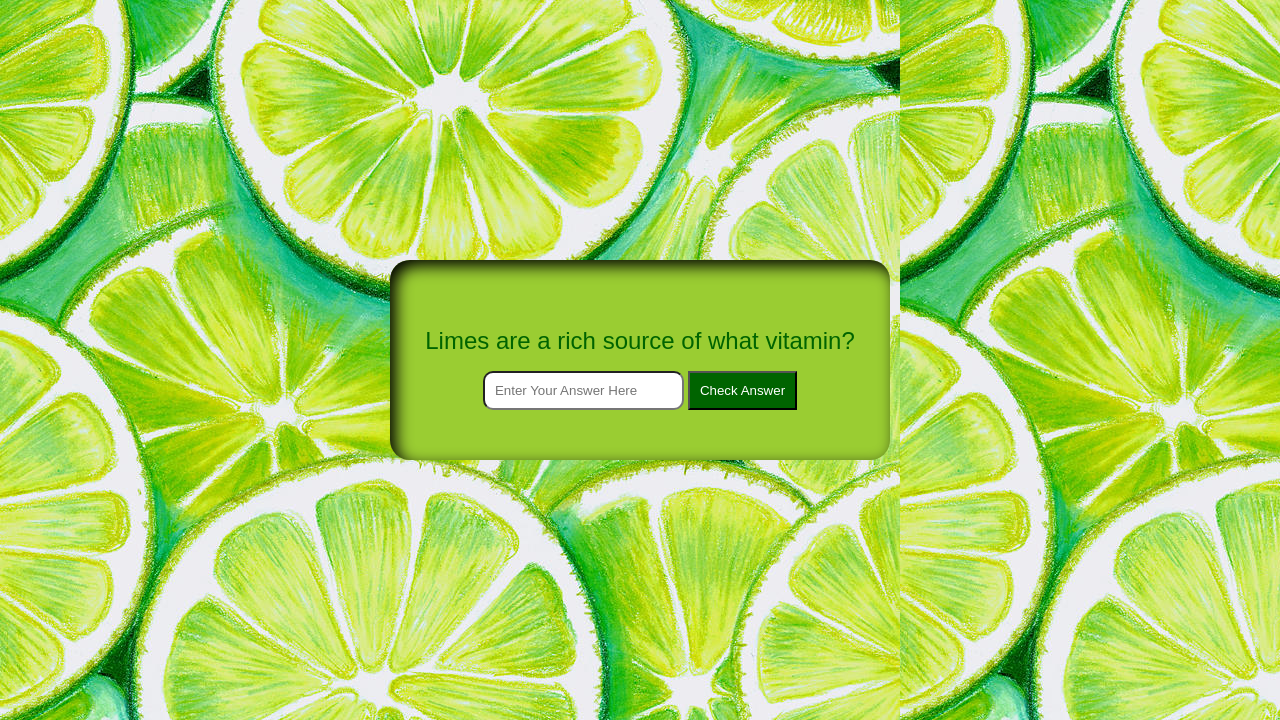
Repository: Joseph061200/Dynamic_Lab2
Page: joseph.html
These files come from the project's save history. The page is drawn as it stood at one moment and after the next save; the edit follows.
The browser window is 1280 px wide. The pictures show the whole page.

Above is the page before, as saved 2020-02-20 15:57:16.

After the next save:
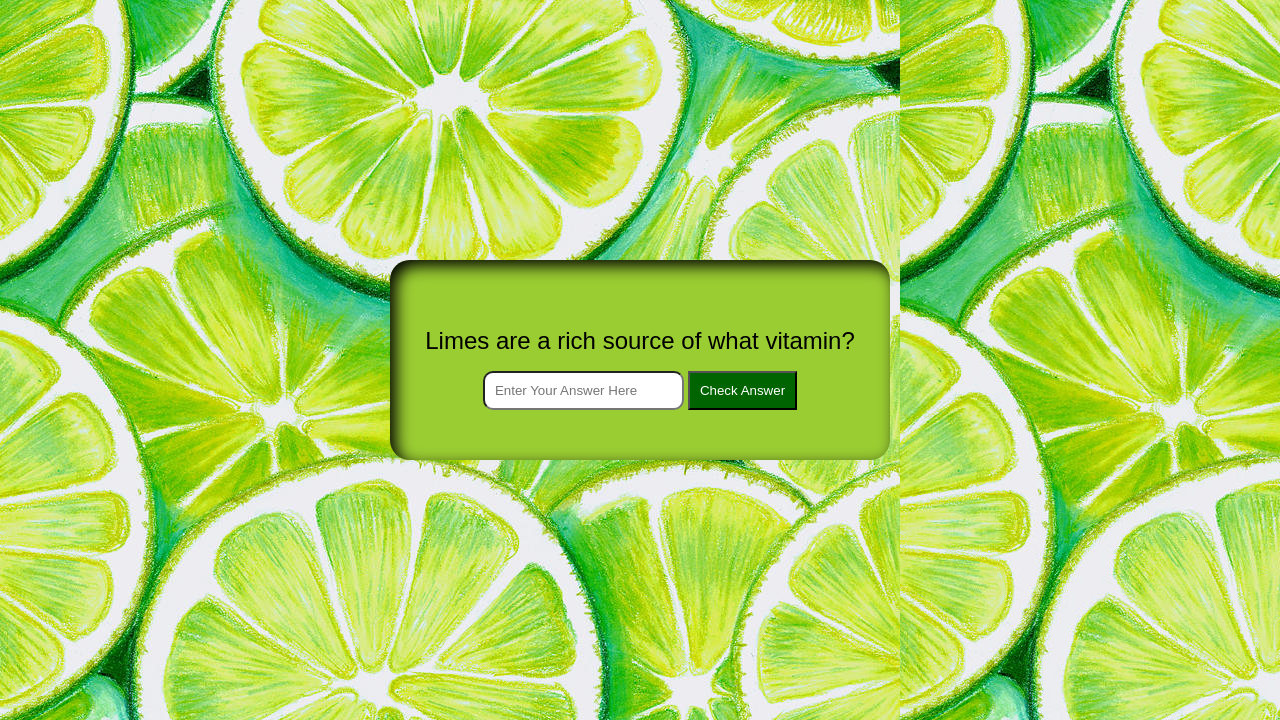
Saved 22 s later.
--- a/joseph.css
+++ b/joseph.css
@@ -28,7 +28,7 @@ h1 {
     font-size: 24px;
     font-weight: 300;
     text-align: center;
-    color: darkgreen;
+    color: black;
 }
 input{
     padding: 10px;
